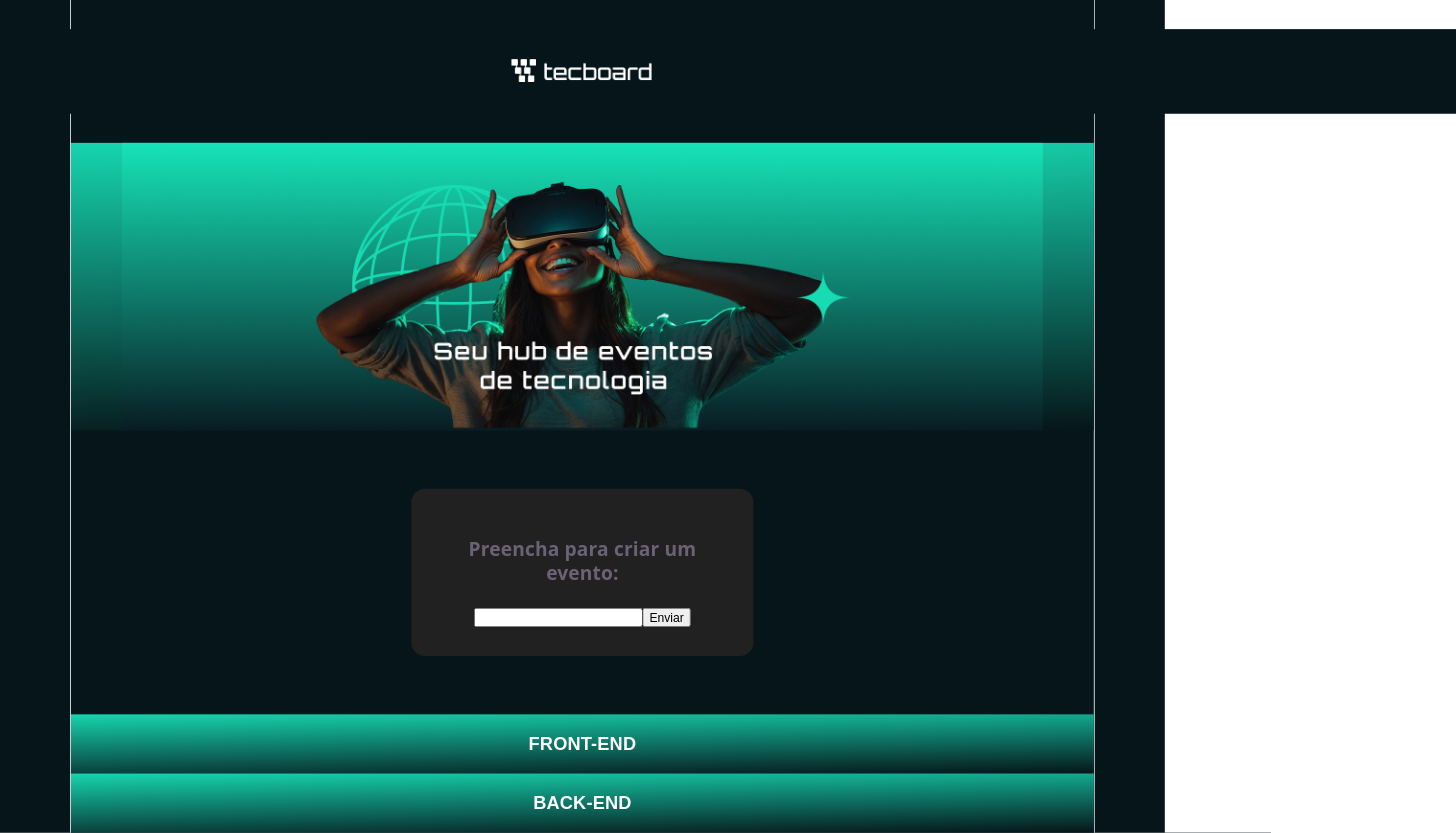
Repository: fernandadev12/techboard
Page: /
An editor plug-in stored every save of this project. The page is shown before and after the next save, followed by the edit.
The browser window is 1280 px wide. The page is 1600 px wide, so the pictures cover 1600 px, including what lies to the right of the window. The pictures show the whole page, at 91% of full size.
The project was rebuilt for these pictures with package versions that can differ from the ones it lists, and the page was loaded fresh each time. Also part of the build but not shown: vite.config.js.

Above is the page before, as saved 2026-06-14 14:25:28.

### index.html
<!doctype html>
<html lang="en">
  <head>
    <meta charset="UTF-8" />
    <link rel="icon" type="image/svg+xml" href="/favicon.svg" />
    <meta name="viewport" content="width=device-width, initial-scale=1.0" />
    <link rel="preconnect" href="https://fonts.googleapis.com" />
    <link rel="preconnect" href="https://fonts.gstatic.com" crossorigin />
    <link
      href="https://fonts.googleapis.com/css2?family=Orbitron:wght@400..900&display=swap"
      rel="stylesheet"
    />
    <title>techboard</title>
  </head>
  <body>
    <div id="root"></div>
    <script type="module" src="/src/main.jsx"></script>
  </body>
</html>

### src/index.css
:root {
  --text: #6b6375;
  --text-h: #08060d;
  --bg: #fff;
  --border: #e5e4e7;
  --code-bg: #f4f3ec;
  --accent: #aa3bff;
  --accent-bg: rgba(170, 59, 255, 0.1);
  --accent-border: rgba(170, 59, 255, 0.5);
  --social-bg: rgba(244, 243, 236, 0.5);
  --shadow:
    rgba(0, 0, 0, 0.1) 0 10px 15px -3px, rgba(0, 0, 0, 0.05) 0 4px 6px -2px;

  --sans: system-ui, "Segoe UI", Roboto, sans-serif;
  --heading: system-ui, "Segoe UI", Roboto, sans-serif;
  --mono: ui-monospace, Consolas, monospace;

  font: 18px/145% var(--sans);
  letter-spacing: 0.18px;
  color-scheme: light dark;
  color: var(--text);
  background: var(--bg);
  font-synthesis: none;
  text-rendering: optimizeLegibility;
  -webkit-font-smoothing: antialiased;
  -moz-osx-font-smoothing: grayscale;

  @media (max-width: 1024px) {
    font-size: 16px;
  }
}

@media (prefers-color-scheme: dark) {
  :root {
    --text: #9ca3af;
    --text-h: #f3f4f6;
    --bg: #16171d;
    --border: #2e303a;
    --code-bg: #1f2028;
    --accent: #c084fc;
    --accent-bg: rgba(192, 132, 252, 0.15);
    --accent-border: rgba(192, 132, 252, 0.5);
    --social-bg: rgba(47, 48, 58, 0.5);
    --shadow:
      rgba(0, 0, 0, 0.4) 0 10px 15px -3px, rgba(0, 0, 0, 0.25) 0 4px 6px -2px;
  }

  #social .button-icon {
    filter: invert(1) brightness(2);
  }
}

body {
  margin: 0;
  background-color: #06151a;
}

#root {
  width: 1126px;
  max-width: 100%;
  margin: 0 auto;
  text-align: center;
  border-inline: 1px solid var(--border);
  min-height: 100svh;
  display: flex;
  flex-direction: column;
  box-sizing: border-box;
}

h1,
h2 {
  font-family: var(--heading);
  font-weight: 500;
  color: var(--text-h);
}

h1 {
  font-size: 56px;
  letter-spacing: -1.68px;
  margin: 32px 0;
  @media (max-width: 1024px) {
    font-size: 36px;
    margin: 20px 0;
  }
}
h2 {
  font-size: 24px;
  line-height: 118%;
  letter-spacing: -0.24px;
  margin: 0 0 8px;
  @media (max-width: 1024px) {
    font-size: 20px;
  }
}
p {
  margin: 0;
}

code,
.counter {
  font-family: var(--mono);
  display: inline-flex;
  border-radius: 4px;
  color: var(--text-h);
}

code {
  font-size: 15px;
  line-height: 135%;
  padding: 4px 8px;
  background: var(--code-bg);
}

### src/App.jsx
import "./App.css";
import { Banner } from "./componentes/Banner";
import { Tema } from "./componentes/Tema";
import { FormularioDeEvento } from "./componentes/FormularioDeEvento";

function App() {
  const temas = [
    {
      id: 1,
      nome: "Front-end",
    },
    {
      id: 2,
      nome: "Back-end",
    },
    {
      id: 3,
      nome: "Mobile",
    },
    {
      id: 4,
      nome: "DevOps",
    },
    {
      id: 5,
      nome: "Inteligência Artificial",
    },
    {
      id: 6,
      nome: "Cloud",
    },
  ];

  return (
    <main>
      <header>
        <img src="/Header.png"></img>
      </header>
      <Banner />
      <FormularioDeEvento />
      <section>
        <Tema tema={temas[0]} />
      </section>
      <section>
        <Tema tema={temas[1]} />
      </section>
    </main>
  );
}

export default App;

### src/App.css
header {
  background-color: #06151a;
  padding: 32px;
  display: flex;
  justify-content: center;
}
section {
  background: linear-gradient(179deg, #16d5af 0%, #06151a);
  display: flex;
  justify-content: center;
}
section img {
  max-width: 90%;
}

.form-evento {
  background-color: #212121;
  padding: 32px 28px;
  border-radius: 15px;
  width: 394px;
  margin: 64px auto;
  max-width: 320px;
}
.hero {
  position: relative;

  .base,
  .framework,
  .vite {
    inset-inline: 0;
    margin: 0 auto;
  }

  .base {
    width: 170px;
    position: relative;
    z-index: 0;
  }

  .framework,
  .vite {
    position: absolute;
  }

  .framework {
    z-index: 1;
    top: 34px;
    height: 28px;
    transform: perspective(2000px) rotateZ(300deg) rotateX(44deg) rotateY(39deg)
      scale(1.4);
  }

  .vite {
    z-index: 0;
    top: 107px;
    height: 26px;
    width: auto;
    transform: perspective(2000px) rotateZ(300deg) rotateX(40deg) rotateY(39deg)
      scale(0.8);
  }
}

#center {
  display: flex;
  flex-direction: column;
  gap: 25px;
  place-content: center;
  place-items: center;
  flex-grow: 1;

  @media (max-width: 1024px) {
    padding: 32px 20px 24px;
    gap: 18px;
  }
}

#next-steps {
  display: flex;
  border-top: 1px solid var(--border);
  text-align: left;

  & > div {
    flex: 1 1 0;
    padding: 32px;
    @media (max-width: 1024px) {
      padding: 24px 20px;
    }
  }

  .icon {
    margin-bottom: 16px;
    width: 22px;
    height: 22px;
  }

  @media (max-width: 1024px) {
    flex-direction: column;
    text-align: center;
  }
}

#docs {
  border-right: 1px solid var(--border);

  @media (max-width: 1024px) {
    border-right: none;
    border-bottom: 1px solid var(--border);
  }
}

#next-steps ul {
  list-style: none;
  padding: 0;
  display: flex;
  gap: 8px;
  margin: 32px 0 0;

  .logo {
    height: 18px;
  }

  a {
    color: var(--text-h);
    font-size: 16px;
    border-radius: 6px;
    background: var(--social-bg);
    display: flex;
    padding: 6px 12px;
    align-items: center;
    gap: 8px;
    text-decoration: none;
    transition: box-shadow 0.3s;

    &:hover {
      box-shadow: var(--shadow);
    }
    .button-icon {
      height: 18px;
      width: 18px;
    }
  }

  @media (max-width: 1024px) {
    margin-top: 20px;
    flex-wrap: wrap;
    justify-content: center;

    li {
      flex: 1 1 calc(50% - 8px);
    }

    a {
      width: 100%;
      justify-content: center;
      box-sizing: border-box;
    }
  }
}

#spacer {
  height: 88px;
  border-top: 1px solid var(--border);
  @media (max-width: 1024px) {
    height: 48px;
  }
}

.ticks {
  position: relative;
  width: 100%;

  &::before,
  &::after {
    content: "";
    position: absolute;
    top: -4.5px;
    border: 5px solid transparent;
  }

  &::before {
    left: 0;
    border-left-color: var(--border);
  }
  &::after {
    right: 0;
    border-right-color: var(--border);
  }
}

### src/componentes/Banner/index.jsx
import "./bannerstyles.css";

export function Banner() {
  return (
    <section className="banner">
      <img src="/Banner.jpg"></img>
    </section>
  );
}

### src/componentes/Tema/index.jsx
import "./temastyles.css";

export function Tema({ tema }) {
  return <h3 className="titulotema">{tema.nome}</h3>;
}

### src/componentes/FormularioDeEvento/index.jsx
import { TituloFormulario } from "../TituloFormulario";
import { CampoFormulario } from "../CampoDeFormulario";
import { BotaoFormulario } from "../Botao";

export function FormularioDeEvento() {
  return (
    <form className="form-evento">
      <TituloFormulario />
      <CampoFormulario />
      <input type="text" id="nome" />
      <BotaoFormulario />
    </form>
  );
}

### src/componentes/Banner/bannerstyles.css
.banner {
  background: linear-gradient(179deg, #16d5af 0%, #06151a);
  display: flex;
  justify-content: center;
}

.banner img {
  max-width: 90%;
}

### src/componentes/Tema/temastyles.css
.titulotema {
  color: #fff;
  font-family: "Orbiton", sans-serif;
  font-weight: 600;
  font-size: 20px;
  line-height: 125%;
  letter-spacing: 10%;
  vertical-align: middle;
  text-transform: uppercase;
}

### src/componentes/TituloFormulario/index.jsx
import "./titulostyle.css";

export function TituloFormulario() {
  return <h3>Preencha para criar um evento:</h3>;
}
// export function TituloFormulario({ children }) {
//   return <h2>{children}</h2>;
// }

### src/componentes/CampoDeFormulario/index.jsx
export function CampoFormulario({ children }) {
  return <label>{children}</label>;
}

### src/componentes/Botao/index.jsx
export function BotaoFormulario() {
  return <button type="submit">Enviar</button>;
}

### src/componentes/TituloFormulario/titulostyle.css
.tituloform {
  font-family:
    "Trebuchet MS", "Lucida Sans Unicode", "Lucida Grande", "Lucida Sans",
    Arial, sans-serif;
  font-weight: 400;
  font-size: 20px;
  line-height: 125%;
  letter-spacing: 0%;
  vertical-align: middle;
}

Loaded but not shown: src/main.jsx (common file)

After the next save:
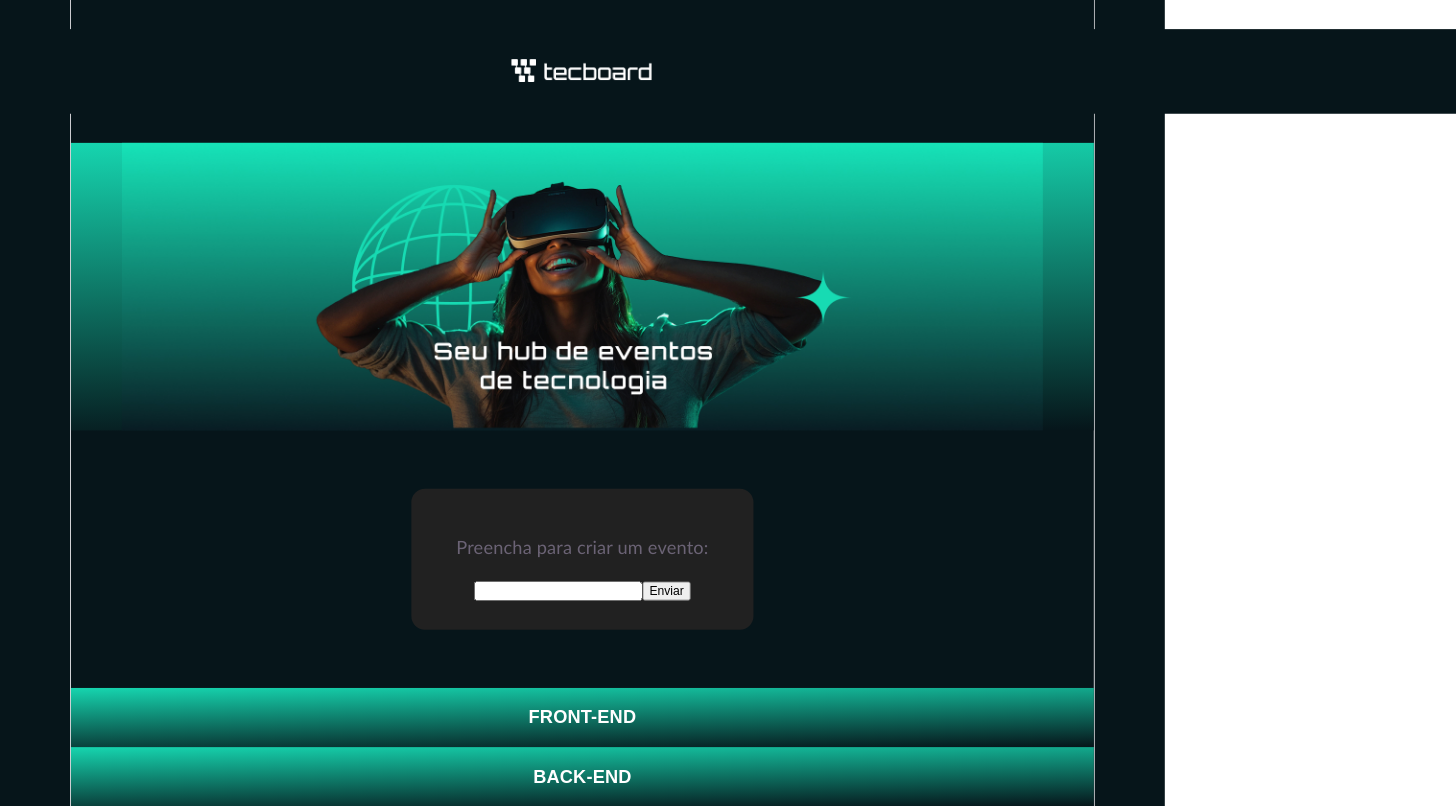
Saved 42 s later.
--- a/src/componentes/TituloFormulario/index.jsx
+++ b/src/componentes/TituloFormulario/index.jsx
@@ -1,7 +1,7 @@
 import "./titulostyle.css";
 
 export function TituloFormulario() {
-  return <h3>Preencha para criar um evento:</h3>;
+  return <h3 class="tituloform">Preencha para criar um evento:</h3>;
 }
 // export function TituloFormulario({ children }) {
 //   return <h2>{children}</h2>;
